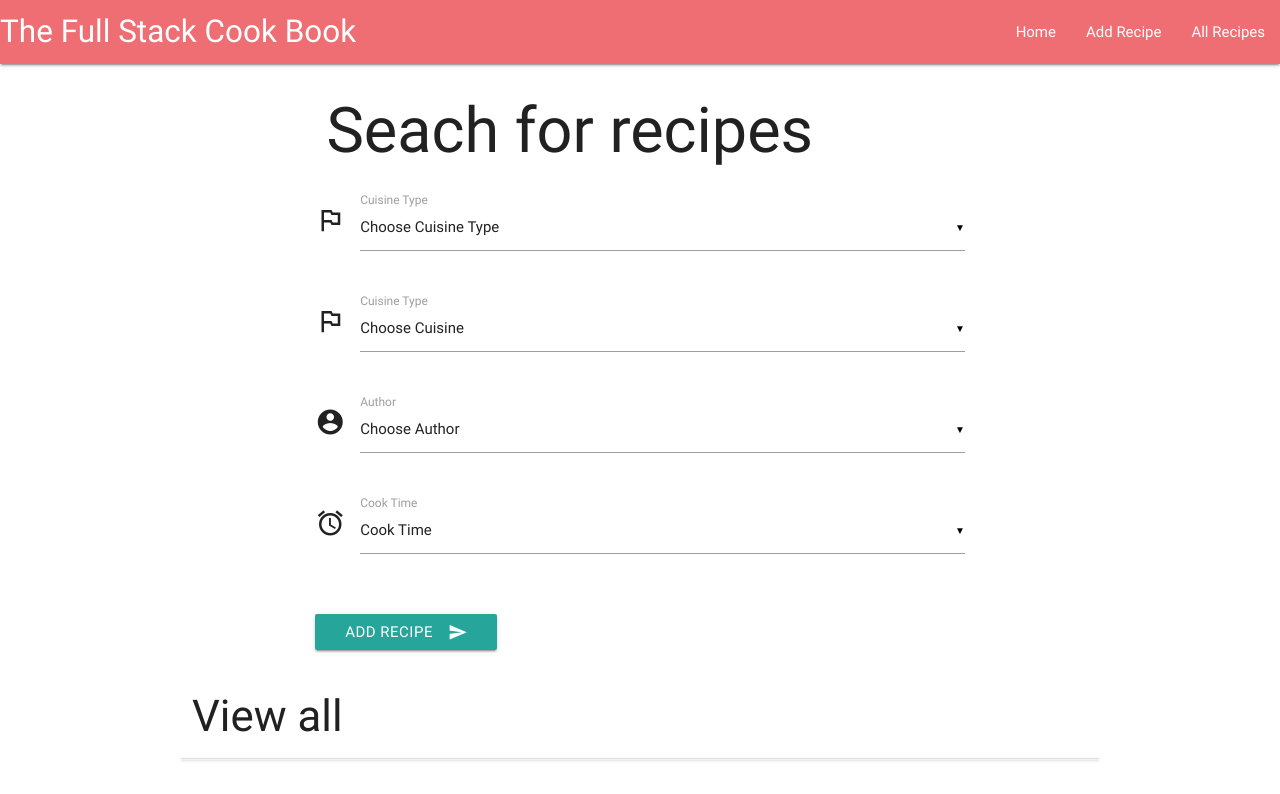
Repository: nakitamccool/francisillingworth-milestone-project-3
Page: http://localhost/get_recipes
The author's editor kept a record of every edit. The page is drawn from the files as they stood at one moment, then again after the next edit.
The browser window is 1280 px wide. The pictures show the whole page.
The page is served by the project's application, run on Flask 3 (app.py). Queries for data that is not in the repository find no rows.

Above is the page before.

### templates/recipes.html
 {% extends 'base.html' %} {% block content %}

<div class="container">
  <h1>Seach for recipes</h1>

  <div class="row">
    <form action="{{ url_for('filter') }}" method="GET" class="col s12">
      <div class="row">

        <div class="row">
          <div class="input-field col s12">
            <i class="material-icons prefix">outlined_flag</i>
            <select id="cuisine" name="cuisine_type">
      <option value="" disabled selected>Choose Cuisine Type</option>
            {% for cat in cuisine %}
            <option value="{{cat.cuisine_type}}">{{cat.cuisine_type}}</option>
            {% endfor %}
    </select>
            <label>Cuisine Type</label>
          </div>
        </div>









        <div class="row">
          <div class="input-field col s12">
            <i class="material-icons prefix">outlined_flag</i>
            <select id="cuisine" name="cuisine_type">
                  <option value="" disabled selected>Choose Cuisine</option>
                  {% for cat in cuisine %}
                      <option value="{{cat.cuisine_type}}">{{cat.cuisine_type}}</option>
                  {% endfor %}
                </select>
            <label>Cuisine Type</label>
          </div>
        </div>


        <div class="row">
          <div class="input-field col s12">
            <i class="material-icons prefix">account_circle</i>
            <select id="author" name="author">
                  <option value="" disabled selected>Choose Author</option>
                  {% for cat in cuisine %}
                      <option value="{{cat.author}}">{{cat.author}}</option>
                  {% endfor %}
                </select>
            <label>Author</label>
          </div>
        </div>
        <div class="row">
          <div class="input-field col s12">
            <i class="material-icons prefix">alarm</i>
            <select id="cook_time" name="cook_time">
                  <option value="" disabled selected>Cook Time</option>
                  {% for cat in cuisine %}
                      <option value="{{cat.cook_time}}">{{cat.cook_time}}</option>
                  {% endfor %}
                </select>
            <label>Cook Time</label>
          </div>
        </div>
      </div>
      <div class="row">
        <button class="btn waves-effect waves-light" type="submit" name="action">Add Recipe
                <i class="material-icons right">send</i>
            </button>
      </div>



    </form>
  </div>


</div>
<h3>View all</h3>

<div class="row">
  <ul class="collapsible">
    {% for recipe in recipes %}
    <li>
      <div class="collapsible-header">
        <div class="recipe_header col s9">
          <i class="material-icons">expand_more</i>
          <strong>{{recipe.recipe_name}}</strong> &nbsp;- {{recipe.cuisine_type}} - {{recipe.author}} - &nbsp;<strong>Cook time {{recipe.cook_time}} minutes</strong>
        </div>
        <div class="deleteEdit col s3">
          <a href="{{url_for('edit_recipe', recipe_id=recipe._id)}}" class="waves-effect waves-light btn btn_edit"><i class="material-icons left">edit</i>Edit</a>
          <a href="{{url_for('delete_recipe' , recipe_id=recipe._id)}}" class="waves-effect waves-light btn btn_delete"><i class="material-icons deleteIcon">delete_forever</i></a>
        </div>

      </div>


      <div class="collapsible-body"><span>

      <ul class="collapsible" data-collapsible="expandable">
    <li>
      <div class="collapsible-header"><i class="material-icons">local_grocery_store</i>Ingredients</div>
      <div class="collapsible-body"><span>{{recipe.ingredients}}</span></div>
    </li>
    <li>
      <div class="collapsible-header"><i class="material-icons">format_list_numbered</i>Method</div>
      <div class="collapsible-body"><span>{{recipe.method}}</span></div>
    </li>

  </ul>






  </span>
</div>
</li>
{% endfor %}
</ul>
</div>







{% endblock %}

### templates/base.html
<!DOCTYPE html>
<html lang="en">
<head>
    <link href="https://fonts.googleapis.com/icon?family=Material+Icons"
      rel="stylesheet">
    <link rel="stylesheet"  href="https://cdnjs.cloudflare.com/ajax/libs/materialize/0.100.2/css/materialize.min.css">
    <link rel="stylesheet" href="{{url_for('static' , filename = "css/style.css")}}" type="text/css" />

</head>
<body>
  <header>
    <nav>
    <div class="nav-wrapper">
      <a href="#" class="brand-logo">The Full Stack Cook Book</a>
      <ul id="nav-mobile" class="right hide-on-med-and-down">
        <li><a href="index.html">Home</a></li>
        <li><a href="{{ url_for('add_recipe') }}">Add Recipe</a></li>
        <li><a href="{{ url_for('get_recipes') }}">All Recipes</a></li>
      </ul>

    </div>
  </nav>
  </header>
    <div class="container">
    {% block content %}
    {% endblock %}
    </div>
    <script src="https://cdnjs.cloudflare.com/ajax/libs/jquery/3.4.1/jquery.min.js" integrity="sha256-CSXorXvZcTkaix6Yvo6HppcZGetbYMGWSFlBw8HfCJo=" crossorigin="anonymous"></script>
    <script src="https://cdnjs.cloudflare.com/ajax/libs/materialize/0.100.2/js/materialize.min.js"></script>
    <script type="text/javascript">
         $(document).ready(function(){
    $('.collapsible').collapsible();
    $('select').material_select();
  });

    </script>


</body>
</html>

### app.py
import os
from flask import Flask , render_template, redirect, request, url_for
from flask_pymongo import PyMongo
from bson.objectid import ObjectId


db_password = os.environ.get('DB_PASSWORD')

app = Flask(__name__)

app.config["MONGO_DBNAME"] = 'recipe_project'
app.config["MONGO_URI"] = 'mongodb+srv://root:r00tUser@myfirstcluster-aogax.mongodb.net/recipe_project?retryWrites=true&w=majority'

mongo = PyMongo(app)

@app.route('/')


@app.route('/get_recipes')
def get_recipes():
    return render_template("recipes.html", recipes=mongo.db.recipe.find())


@app.route('/add_recipe')
def add_recipe():
    return render_template('addrecipe.html', cuisine=mongo.db.cuisine.find())

@app.route('/insert_recipe', methods=['POST'])
def insert_recipe():
    recipes=mongo.db.recipe
    recipes.insert_one(request.form.to_dict())
    return redirect(url_for('get_recipes'))


@app.route('/edit_recipe/<recipe_id>')
def edit_recipe(recipe_id):
    the_recipe = mongo.db.recipe.find_one({"_id": ObjectId(recipe_id)})
    all_cuisine = mongo.db.cuisine.find()
    return render_template('editrecipe.html', recipe = the_recipe, cuisine=all_cuisine)



@app.route('/update_recipe/<recipe_id>', methods = ["POST"])
def update_recipe(recipe_id):
    recipes = mongo.db.recipe
    recipes.update( {'_id': ObjectId(recipe_id)},
    {
        'recipe_name' : request.form.get('recipe_name'),
        'cuisine_type' : request.form.get('cuisine_type'),
        'author' : request.form.get('author'),
        'ingredients' : request.form.get('ingredients'),
        'method' : request.form.get('method'),
        'cook_time' : request.form.get('cook_time'),
    })
    return redirect(url_for('get_recipes'))

@app.route('/delete_recipe/<recipe_id>')
def delete_recipe(recipe_id):
    mongo.db.recipe.remove({'_id':ObjectId(recipe_id)})
    return redirect(url_for('get_recipes'))





@app.route('/get_cuisines')
def get_cuisines():
    return render_template('cuisines.html', cuisine=mongo.db.cuisine.find())


@app.route('/edit_cuisine/<cuisine_id>')
def edit_cuisine(cuisine_id):
    return render_template('editcuisine.html', cuisine=mongo.db.cuisine.find_one({'_id':ObjectId(cuisine_id)}))


@app.route('/update_cuisine/<cuisine_id>', methods=['POST'])
def update_cuisine(cuisine_id):
    mongo.db.cuisine.update(
        {'_id': ObjectId(cuisine_id)},
        {'cuisine_type': request.form.get('cuisine_type')})
    return redirect(url_for('get_cuisines'))



@app.route('/add_cuisine')
def add_cuisine():
    return render_template('addcuisine.html', cuisine=mongo.db.cuisine.find())


@app.route('/insert_cuisine', methods=['POST'])
def insert_cuisine():
    cuisines=mongo.db.cuisine
    cuisines.insert_one(request.form.to_dict())
    return redirect(url_for('add_recipe'))



@app.route('/delete_cuisine/<cuisine_id>')
def delete_cuisine(cuisine_id):
    mongo.db.cuisine.remove({'_id':ObjectId(cuisine_id)})
    return redirect(url_for('get_cuisines'))



@app.route('/add_cuisine_edit')
def add_cuisine_edit():
    return render_template('addcuisine-edit.html', cuisine=mongo.db.cuisine.find())


@app.route('/insert_cuisine_edit', methods=['POST'])
def insert_cuisine_edit():
    cuisines=mongo.db.cuisine
    cuisines.insert_one(request.form.to_dict())
    return redirect(url_for('get_cuisines'))



@app.route('/index')
def index():
    return render_template("index.html")


@app.route('/filter')
def filter():
    return redirect(url_for())


if __name__ == '__main__':
    app.run(host=os.environ.get('IP'),
            port=int(os.environ.get('PORT')),
            debug=True)

### static/css/style.css
.btn_edit{
    height:28px;
    margin: 5px 15px;
    line-height: 28px;
    padding-left: 3px;
    padding-right: 6px;



}

.btn_delete{
    height:28px;
    margin: 5px 15px ;
    line-height: 28px;
    padding-left: 5px;
    padding-right: 5px;
    background-color: #b70808;

}

.collapsible-header i {
 margin:0;}

 .btn_delete:hover {
    background-color: #71231d;
}

.cancel_button{
    margin: 5px 15px;
    padding-left: 3px;
    padding-right: 6px;
    background-color: #b70808

}


 .cancel_button:hover {
    background-color: #71231d;
}


.recipe_header{
    margin-top:5px;
    margin-right: 20px;
}

.deleteEdit{
    margin-left:auto;
    margin-right:0;
}

.add_cuisine{
    margin-top: 0;
    margin-left:5%;
}

After the next edit:
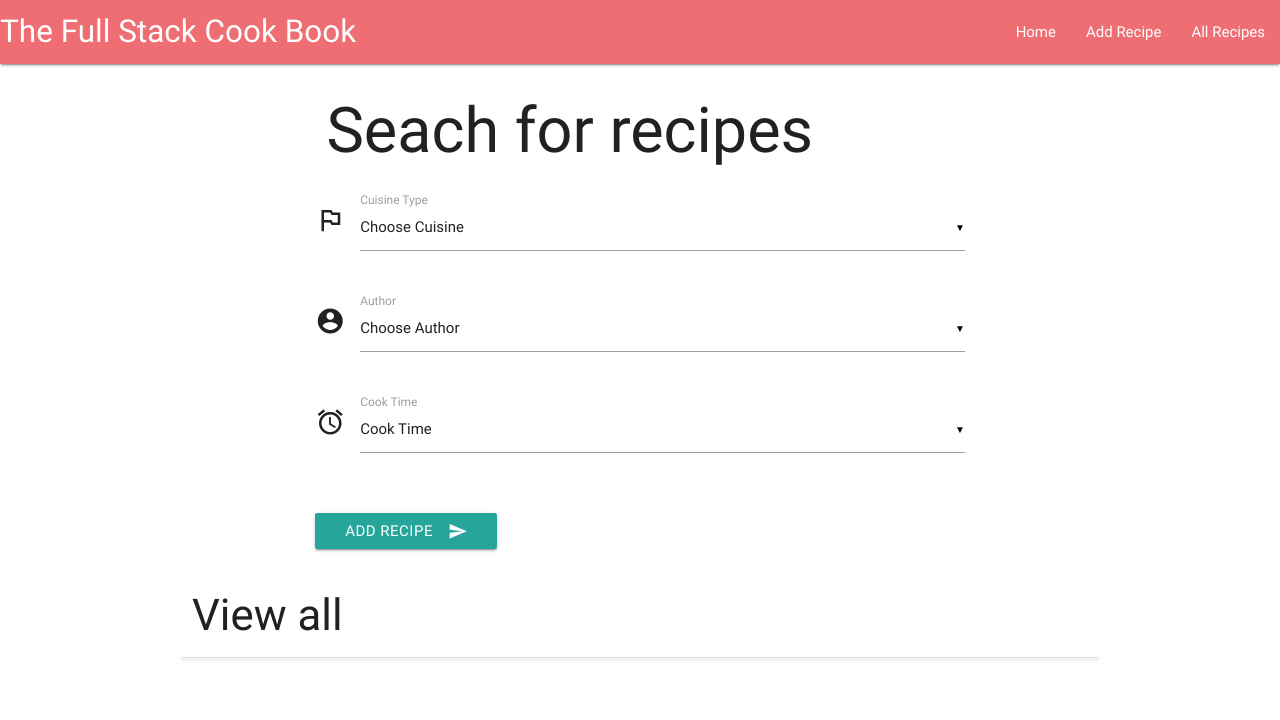
The edit:
--- a/templates/recipes.html
+++ b/templates/recipes.html
@@ -6,26 +6,6 @@
   <div class="row">
     <form action="{{ url_for('filter') }}" method="GET" class="col s12">
       <div class="row">
-
-        <div class="row">
-          <div class="input-field col s12">
-            <i class="material-icons prefix">outlined_flag</i>
-            <select id="cuisine" name="cuisine_type">
-      <option value="" disabled selected>Choose Cuisine Type</option>
-            {% for cat in cuisine %}
-            <option value="{{cat.cuisine_type}}">{{cat.cuisine_type}}</option>
-            {% endfor %}
-    </select>
-            <label>Cuisine Type</label>
-          </div>
-        </div>
-
-
-
-
-
-
-
 
 
         <div class="row">
